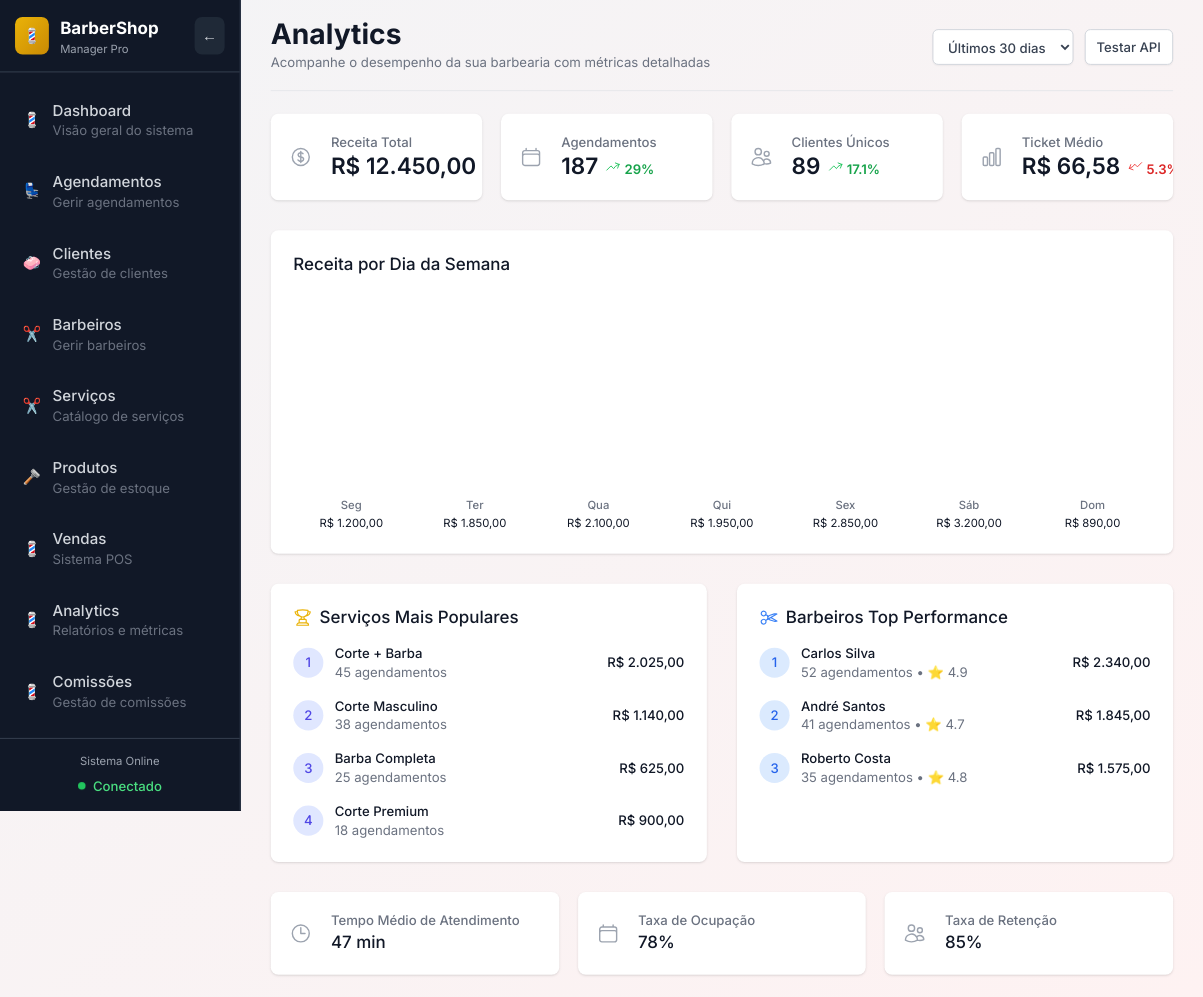
Repository: MichelAlmeida1990/App-Barber-
Page: /admin/analytics (app in frontend/)
The author's editor kept a copy of each file at every save. The page is drawn from the files as they stood at one save, then again after the next save.
The browser window is 1280 px wide. The pictures show the whole page, at 94% of full size.
The project was rebuilt for these pictures with package versions that can differ from the ones it lists, and the page was loaded fresh each time. The framework's server and built-in components were replaced by stand-ins that run in the browser. Also part of the build but not shown: frontend/next.config.js, frontend/next.config.ts.

Above is the page before, as saved 2026-02-12 11:49:13.

After the next save:
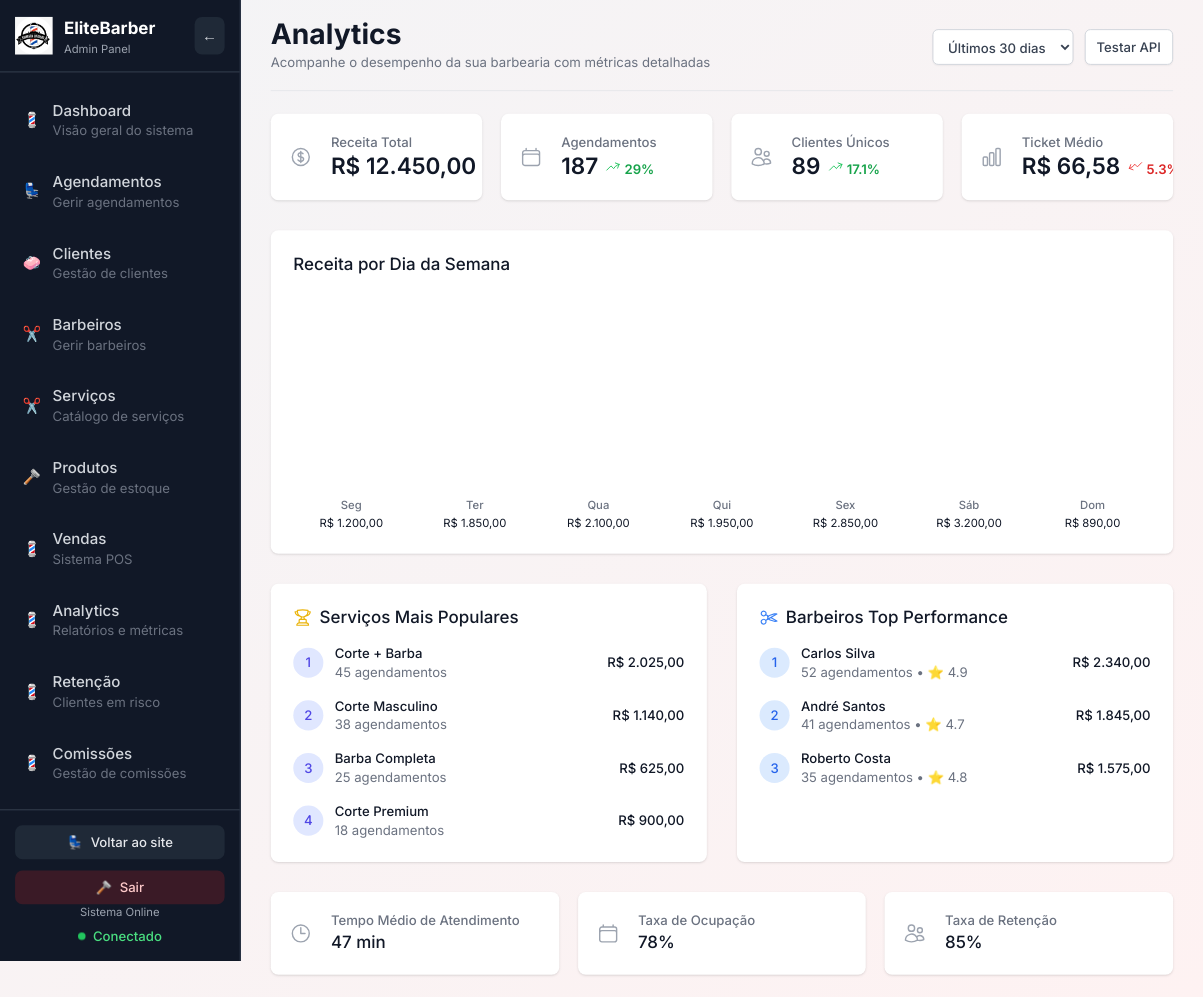
Saved 3 min 9 s later.
--- a/frontend/src/components/Sidebar.tsx
+++ b/frontend/src/components/Sidebar.tsx
@@ -2,6 +2,7 @@
 
 import { useState } from 'react';
 import Link from 'next/link';
+import { useRouter } from 'next/navigation';
 import { IconFallback } from './IconFallback';
 
 interface SidebarProps {
@@ -10,6 +11,8 @@ interface SidebarProps {
 
 export default function Sidebar({ className = '' }: SidebarProps) {
   const [isCollapsed, setIsCollapsed] = useState(false);
+  const [logoError, setLogoError] = useState(false);
+  const router = useRouter();
 
   const menuItems = [
     {
@@ -59,6 +62,12 @@ export default function Sidebar({ className = '' }: SidebarProps) {
       href: '/admin/analytics',
       icon: 'logo',
       description: 'Relatórios e métricas'
+    },
+    {
+      label: 'Retenção',
+      href: '/admin/retention',
+      icon: 'barber-pole',
+      description: 'Clientes em risco'
     },
     {
       label: 'Comissões',
@@ -78,13 +87,40 @@ export default function Sidebar({ className = '' }: SidebarProps) {
           <div className="flex items-center justify-between">
             {!isCollapsed && (
               <div className="flex items-center space-x-3">
-                <div className="bg-gradient-to-br from-yellow-500 to-yellow-600 p-2 rounded-lg">
-                  <IconFallback type="barber-pole" size="md" className="text-black" />
+                <div className="flex-shrink-0">
+                  {!logoError ? (
+                    <img
+                      src="/images/logo-dudao.png"
+                      alt="EliteBarber"
+                      className="h-10 w-10 object-contain"
+                      onError={() => setLogoError(true)}
+                    />
+                  ) : (
+                    <div className="bg-gradient-to-br from-yellow-500 to-yellow-600 p-2 rounded-lg">
+                      <IconFallback type="barber-pole" size="md" className="text-black" />
+                    </div>
+                  )}
                 </div>
                 <div>
-                  <h2 className="text-white font-bold text-lg">BarberShop</h2>
-                  <p className="text-gray-400 text-xs">Manager Pro</p>
+                  <h2 className="text-white font-bold text-lg">EliteBarber</h2>
+                  <p className="text-gray-400 text-xs">Admin Panel</p>
                 </div>
+              </div>
+            )}
+            {isCollapsed && (
+              <div className="flex justify-center mb-4">
+                {!logoError ? (
+                  <img
+                    src="/images/logo-dudao.png"
+                    alt="EliteBarber"
+                    className="h-8 w-8 object-contain"
+                    onError={() => setLogoError(true)}
+                  />
+                ) : (
+                  <div className="bg-gradient-to-br from-yellow-500 to-yellow-600 p-2 rounded-lg">
+                    <IconFallback type="barber-pole" size="sm" className="text-black" />
+                  </div>
+                )}
               </div>
             )}
             <button
@@ -128,6 +164,39 @@ export default function Sidebar({ className = '' }: SidebarProps) {
 
         {/* Footer */}
         <div className="p-4 border-t border-gray-700">
+          <div className={`mb-3 ${isCollapsed ? 'flex justify-center' : ''}`}>
+            <Link
+              href="/"
+              className={`inline-flex items-center justify-center gap-2 w-full px-3 py-2 rounded-lg bg-gray-800 text-gray-200 hover:bg-gray-700 hover:text-white transition-colors ${
+                isCollapsed ? 'w-10 h-10 p-0' : ''
+              }`}
+              title="Voltar para a página principal"
+            >
+              <IconFallback type="barber-chair" size="sm" className="text-yellow-400" />
+              {!isCollapsed && <span className="text-sm font-medium">Voltar ao site</span>}
+            </Link>
+          </div>
+
+          <div className={`${isCollapsed ? 'flex justify-center' : ''}`}>
+            <button
+              type="button"
+              onClick={() => {
+                try {
+                  localStorage.removeItem('token');
+                  localStorage.removeItem('user');
+                } catch {}
+                router.push('/admin/login');
+              }}
+              className={`inline-flex items-center justify-center gap-2 w-full px-3 py-2 rounded-lg bg-red-600/20 text-red-200 hover:bg-red-600/30 hover:text-white transition-colors ${
+                isCollapsed ? 'w-10 h-10 p-0' : ''
+              }`}
+              title="Sair do admin"
+            >
+              <IconFallback type="razor" size="sm" className="text-red-300" />
+              {!isCollapsed && <span className="text-sm font-medium">Sair</span>}
+            </button>
+          </div>
+
           {!isCollapsed ? (
             <div className="text-center">
               <p className="text-gray-400 text-xs mb-2">Sistema Online</p>
